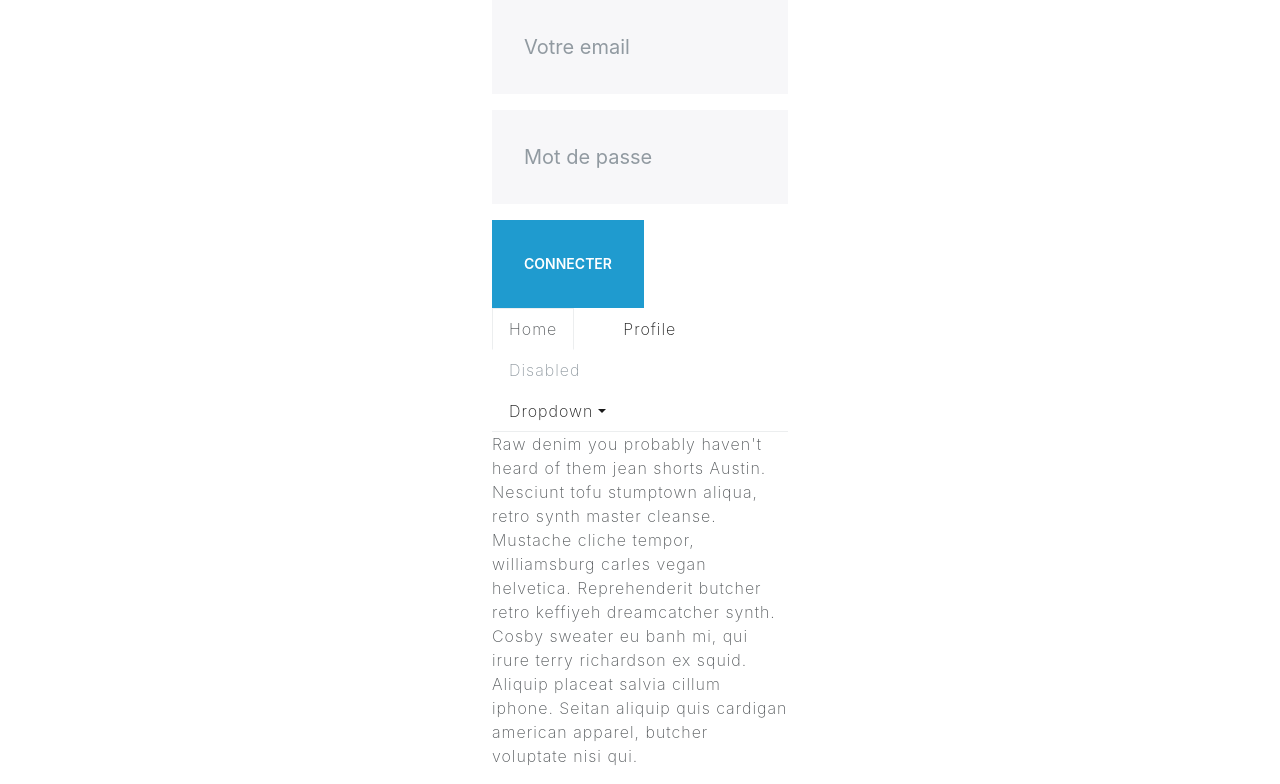
Repository: gal1aoui/BankManagement-AdminActions-JEE
Page: http://localhost/ProjectWeb/Create.jsp
These files come from the project's save history. The page is drawn as it stood at one moment and after the next save; the edit follows.
The browser window is 1280 px wide. The pictures show the whole page.
Some web fonts or font styles are not loaded; a fallback is used. The page is served by Tomcat 9. Nobody is signed in. The application's start-up code is not run.

Above is the page before, as saved 2021-12-28 01:01:11.

After the next save:
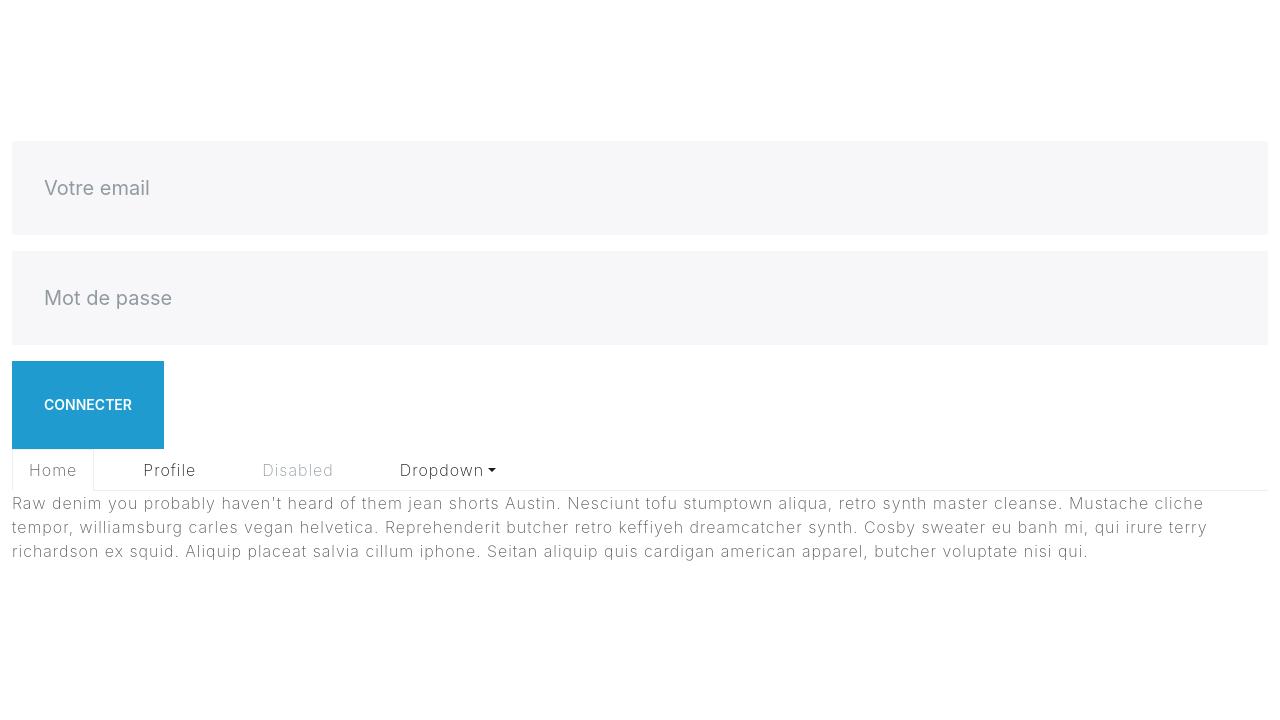
Saved 83 s later.
--- a/ProjectWeb/WebContent/Create.jsp
+++ b/ProjectWeb/WebContent/Create.jsp
@@ -15,7 +15,7 @@ body,html{
 <body>
 	<div class="container-fluid h-100">
     <div class="row justify-content-center align-items-center h-100">
-        <div class="col col-sm-6 col-md-8 col-lg-6 col-xl-3">
+        <div class="col">
             <form action="home" method="post">
                 <div class="form-group mb-3">
                     <input class="form-control form-control-lg" placeholder="Votre email" type="text">
